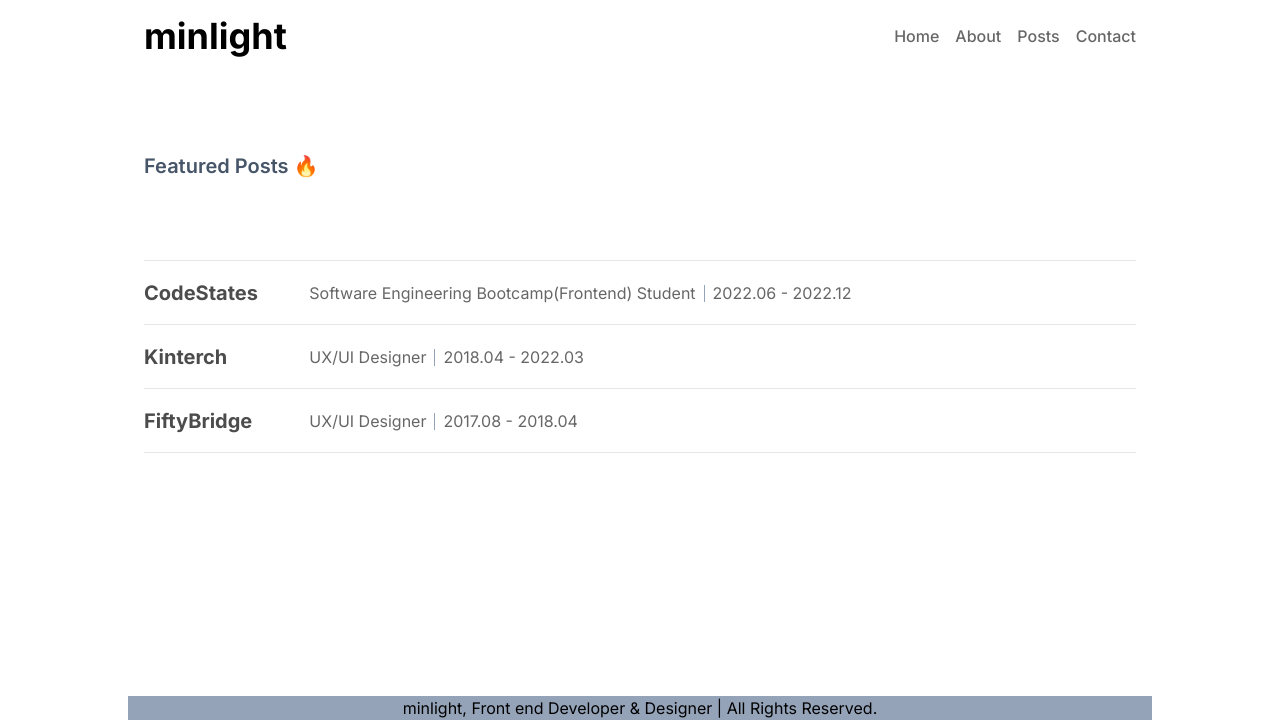
Repository: kwngmin/minlight-blog
Page: /about
An editor plug-in stored every save of this project. The page is shown before and after the next save, followed by the edit.
The browser window is 1280 px wide. The pictures show the whole page.
The project was rebuilt for these pictures with package versions that can differ from the ones it lists, and the page was loaded fresh each time. The framework's server and built-in components were replaced by stand-ins that run in the browser. Also part of the build but not shown: next.config.js.

Above is the page before, as saved 2023-04-01 00:04:03.

### src/app/layout.tsx
import Footer from "@/components/Footer";
import "./globals.css";
import { Inter } from "next/font/google";
import Header from "@/components/Header";

const inter = Inter({ subsets: ["latin"] });

export const metadata = {
  title: "Create Next App",
  description: "Generated by create next app",
};

export default function RootLayout({
  children,
}: {
  children: React.ReactNode;
}) {
  return (
    <html lang="en" className={inter.className}>
      <body className="flex flex-col w-full max-w-screen-lg mx-auto">
        <Header />
        <main className="grow mx-4">{children}</main>
        <Footer />
      </body>
    </html>
  );
}

### src/app/about/page.tsx
export default function AboutPage() {
  const careerData = [
    {
      company: "CodeStates",
      role: "Software Engineering Bootcamp(Frontend) Student",
      period: "2022.06 - 2022.12",
    },
    {
      company: "Kinterch",
      role: "UX/UI Designer",
      period: "2018.04 - 2022.03",
    },
    {
      company: "FiftyBridge",
      role: "UX/UI Designer",
      period: "2017.08 - 2018.04",
    },
  ];
  return (
    <article>
      <h2 className="text-xl font-semibold text-slate-600 border-b py-20">
        Featured Posts 🔥
      </h2>
      <ul>
        {careerData.map(({ company, role, period }) => (
          <li key={company} className="flex items-center h-16 border-b">
            <h3 className="font-bold text-xl w-1/6 text-black/70">{company}</h3>
            <p className="text-black/60">
              {role}
              <span className="border-l text-sm mx-2 border-slate-400" />
              {period}
            </p>
          </li>
        ))}
      </ul>
    </article>
  );
}

### src/components/Footer.tsx
export default function Footer() {
  return (
    <p className="bg-slate-400 text-center">
      minlight, Front end Developer & Designer | All Rights Reserved.
    </p>
  );
}

### src/app/globals.css
@tailwind base;
@tailwind components;
@tailwind utilities;

* {
  box-sizing: border-box;
  padding: 0;
  margin: 0;
}

html,
body {
  height: 100vh;
  overflow-y: auto;
}

/*
:root {
  --max-width: 1100px;
  --border-radius: 12px;
  --font-mono: ui-monospace, Menlo, Monaco, "Cascadia Mono", "Segoe UI Mono",
    "Roboto Mono", "Oxygen Mono", "Ubuntu Monospace", "Source Code Pro",
    "Fira Mono", "Droid Sans Mono", "Courier New", monospace;

  --foreground-rgb: 0, 0, 0;
  --background-start-rgb: 214, 219, 220;
  --background-end-rgb: 255, 255, 255;

  --primary-glow: conic-gradient(
    from 180deg at 50% 50%,
    #16abff33 0deg,
    #0885ff33 55deg,
    #54d6ff33 120deg,
    #0071ff33 160deg,
    transparent 360deg
  );
  --secondary-glow: radial-gradient(
    rgba(255, 255, 255, 1),
    rgba(255, 255, 255, 0)
  );

  --tile-start-rgb: 239, 245, 249;
  --tile-end-rgb: 228, 232, 233;
  --tile-border: conic-gradient(
    #00000080,
    #00000040,
    #00000030,
    #00000020,
    #00000010,
    #00000010,
    #00000080
  );

  --callout-rgb: 238, 240, 241;
  --callout-border-rgb: 172, 175, 176;
  --card-rgb: 180, 185, 188;
  --card-border-rgb: 131, 134, 135;
}

@media (prefers-color-scheme: dark) {
  :root {
    --foreground-rgb: 255, 255, 255;
    --background-start-rgb: 0, 0, 0;
    --background-end-rgb: 0, 0, 0;

    --primary-glow: radial-gradient(rgba(1, 65, 255, 0.4), rgba(1, 65, 255, 0));
    --secondary-glow: linear-gradient(
      to bottom right,
      rgba(1, 65, 255, 0),
      rgba(1, 65, 255, 0),
      rgba(1, 65, 255, 0.3)
    );

    --tile-start-rgb: 2, 13, 46;
    --tile-end-rgb: 2, 5, 19;
    --tile-border: conic-gradient(
      #ffffff80,
      #ffffff40,
      #ffffff30,
      #ffffff20,
      #ffffff10,
      #ffffff10,
      #ffffff80
    );

    --callout-rgb: 20, 20, 20;
    --callout-border-rgb: 108, 108, 108;
    --card-rgb: 100, 100, 100;
    --card-border-rgb: 200, 200, 200;
  }
}

* {
  box-sizing: border-box;
  padding: 0;
  margin: 0;
}

html,
body {
  max-width: 100vw;
  overflow-x: hidden;
}

body {
  color: rgb(var(--foreground-rgb));
  background: linear-gradient(
      to bottom,
      transparent,
      rgb(var(--background-end-rgb))
    )
    rgb(var(--background-start-rgb));
}

a {
  color: inherit;
  text-decoration: none;
}

@media (prefers-color-scheme: dark) {
  html {
    color-scheme: dark;
  }
} */

### src/components/Header.tsx
import Link from "next/link";

const navData = [
  { name: "Home", path: "/" },
  { name: "About", path: "/about" },
  { name: "Posts", path: "/posts" },
  { name: "Contact", path: "/contact" },
];

export default function Header() {
  return (
    <div className="max-w-screen-2xl">
      <div className="flex justify-between items-center m-4">
        <Link href="/">
          <h1 className="text-4xl font-bold">minlight</h1>
        </Link>
        <nav className="flex gap-4">
          {navData.map(({ name, path }) => (
            <Link
              href={path}
              key={path}
              className="text-black/60 hover:text-black font-medium hover:underline decoration-slate-400 hover:decoration-4 underline-offset-8"
            >
              {name}
            </Link>
          ))}
        </nav>
      </div>
    </div>
  );
}

### tailwind.config.js
/** @type {import('tailwindcss').Config} */
module.exports = {
  content: ["./src/**/*.{js,ts,jsx,tsx}"],
  theme: {
    extend: {},
  },
  plugins: [require("@tailwindcss/typography")],
};

After the next save:
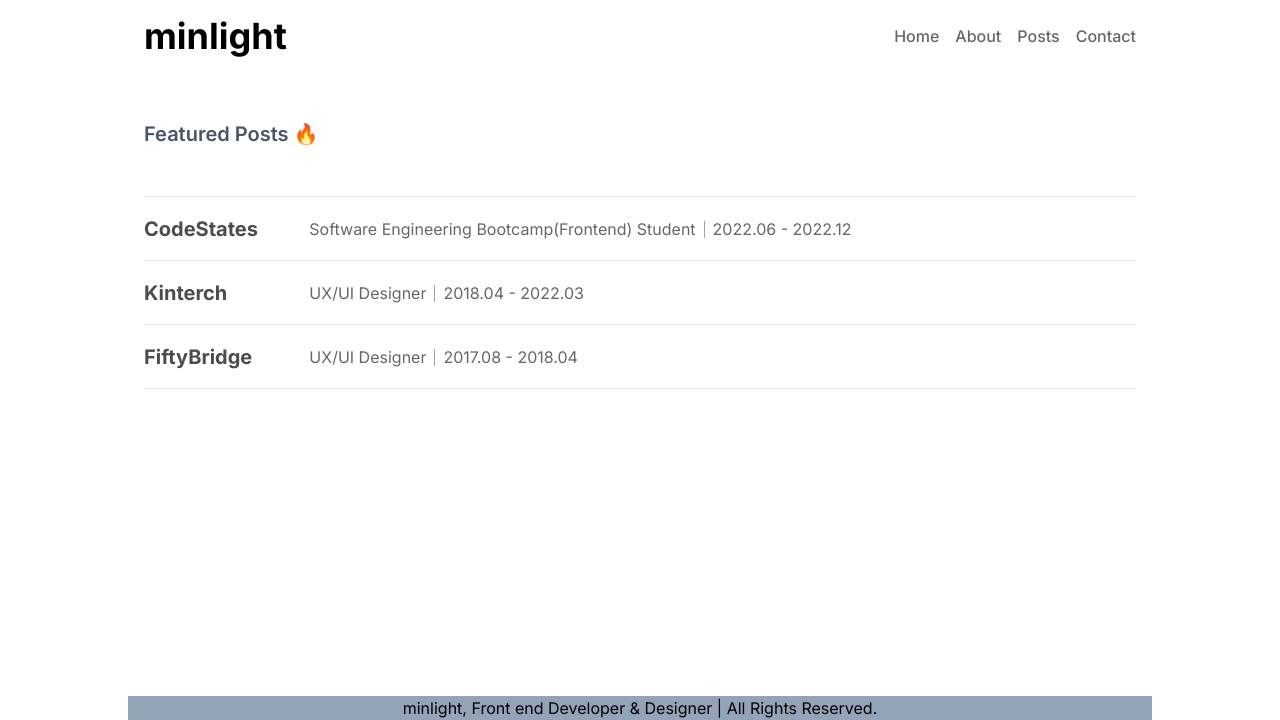
Saved 7 s later.
--- a/src/app/about/page.tsx
+++ b/src/app/about/page.tsx
@@ -18,7 +18,7 @@ export default function AboutPage() {
   ];
   return (
     <article>
-      <h2 className="text-xl font-semibold text-slate-600 border-b py-20">
+      <h2 className="text-xl font-semibold text-slate-600 border-b py-12">
         Featured Posts 🔥
       </h2>
       <ul>
